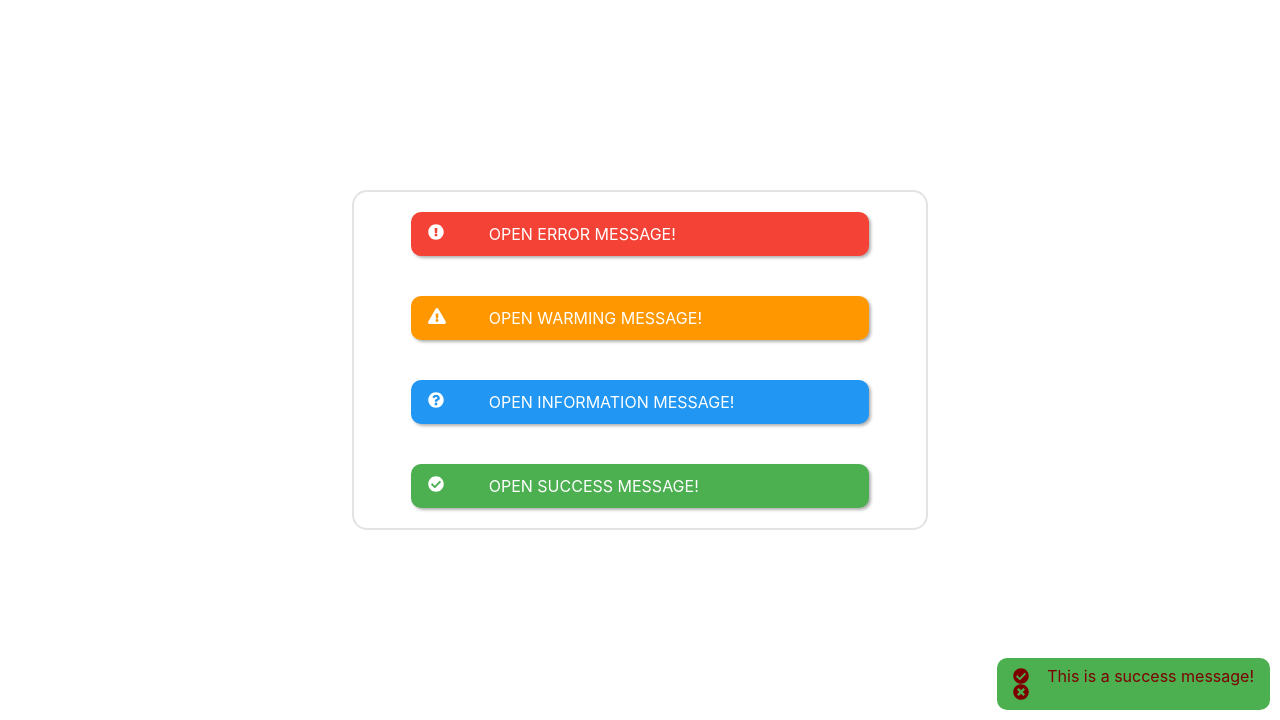
Repository: KrzysKolo/sr_tydzien5_zad2
Page: /, after clicking the first element matching `div.wrapper--btn > :nth-child(4)`
These files come from the project's save history. The page is drawn as it stood at one moment and after the next save; the edit follows.
The browser window is 1280 px wide. The pictures show the whole page.
The project was rebuilt for these pictures with package versions that can differ from the ones it lists, and the page was loaded fresh each time.

Above is the page before, as saved 2020-12-28 04:50:53.

### public/index.html
<!DOCTYPE html>
<html lang="en">
  <head>
    <meta charset="utf-8" />
    <link rel="icon" href="%PUBLIC_URL%/favicon.ico" />
    <meta name="viewport" content="width=device-width, initial-scale=1" />
    <meta name="theme-color" content="#000000" />
    <meta
      name="description"
      content="Web site created using create-react-app"
    />
    <link rel="apple-touch-icon" href="%PUBLIC_URL%/logo192.png" />
    <!--
      manifest.json provides metadata used when your web app is installed on a
      user's mobile device or desktop. See https://developers.google.com/web/fundamentals/web-app-manifest/
    -->
    <link rel="manifest" href="%PUBLIC_URL%/manifest.json" />
    <!--
      Notice the use of %PUBLIC_URL% in the tags above.
      It will be replaced with the URL of the `public` folder during the build.
      Only files inside the `public` folder can be referenced from the HTML.

      Unlike "/favicon.ico" or "favicon.ico", "%PUBLIC_URL%/favicon.ico" will
      work correctly both with client-side routing and a non-root public URL.
      Learn how to configure a non-root public URL by running `npm run build`.
    -->
    <title>Zad 2 - snackbar</title>
  </head>
  <body>
    <noscript>You need to enable JavaScript to run this app.</noscript>
    <div id="root"></div>
    <!--
      This HTML file is a template.
      If you open it directly in the browser, you will see an empty page.

      You can add webfonts, meta tags, or analytics to this file.
      The build step will place the bundled scripts into the <body> tag.

      To begin the development, run `npm start` or `yarn start`.
      To create a production bundle, use `npm run build` or `yarn build`.
    -->
  </body>
</html>

### src/App.js
import React from 'react';
import Buttons from './components/Buttons';
import './App.css';
const App = () => {
  return (
    <div className="wrapper--btn">
      <Buttons />
    </div>
  )
}

export default App;

### src/components/Buttons.js
import React from 'react';
import ButtonsData from './../data/ButtonsData';
import Button from './Button';


const Buttons = () => {

    return (
        <>
            {ButtonsData.map(button =>
                <Button key={button.id} data={button} />
            )}

        </>
    )
}

export default Buttons;

### src/App.css
* {
  box-sizing: border-box;
  margin: 0;
}
body {
  width: 100vw;
  height: 100vh;
  display: flex;
  flex-direction: row;
  justify-content: center;
  align-items: center;
}
.wrapper--btn {
  border: 2px solid #e3e3e3;
  border-radius: 15px;
  width: 45vw;
  display: flex;
  flex-direction: column;
  justify-content: center;
  align-items: center;
}
.btn {
  border-radius: 10px;
  color: rgb(240, 239, 244);
  cursor: pointer;
  outline: none;
  padding: 10px 15px;
  margin: 20px;
  width: 80%;
  display: grid;
  grid-template-columns: 0.5fr 3fr;
  box-shadow: 2px 2px 3px rgba(102, 102, 102, 0.5);
  transition: all 0.3s ease-in-out;
}
.snackbar {
  font-size: 1rem;
  padding: 10px 16px;
  border-radius: 10px;
  display: grid;
  grid-template-columns: 0.5fr 3fr;
  line-height: 1rem;
}
.error {
  color: white;
  background: rgb(244, 67, 54);
}

.success {
  color: rgb(124, 0, 0);
  background: rgb(76, 175, 80);
}
.information {
  color: yellow;
  background: rgb(33, 150, 243);
}

.warning {
  background: rgb(255, 152, 0);
  color: black;
}
.top-right {
  position: absolute;
  top: 10px;
  right: 10px;
}
.center-bottom {
  position: absolute;
  bottom: 30px;
  left: calc(100vw-50%);
}
.center-left {
  position: absolute;
  top: 25vh;
  left: 10px;
}
.bottom-right {
  position: absolute;
  bottom: 10px;
  right: 10px;
}

### src/data/ButtonsData.js
const ButtonsData = [
    {
      id: 0,
      name: "OPEN ERROR MESSAGE!",
      color: "rgb(244, 67, 54)",
      icon: "faExclamationCircle",
      type: "error",
      message: "This is an error message!",
      position: "top-right",
    },
    {
      id: 1,
      name: "OPEN WARMING MESSAGE!",
      color: "rgb(255, 152, 0)",
      icon: "faExclamationTriangle",
      type: "warning",
      message: "This is a warning message!",
      position: "center-bottom",
    },
    {
      id: 2,
      name: "OPEN INFORMATION MESSAGE!",
      color: "rgb(33, 150, 243)",
      icon: "faQuestionCircle",
      type: "information",
      message: "This is an information message!",
      position:"center-left",
    },
    {
      id: 3,
      name: "OPEN SUCCESS MESSAGE!",
      color: "rgb(76, 175, 80)",
      icon: "faCheckCircle",
      type: "success",
      message: "This is a success message!",
      position: "bottom-right",
    },

  ]
 export default ButtonsData;

### src/components/Button.js
import React, { useState } from 'react';
import Icons from './Icons';
import Snackbar from './Snackbar';


const Button = ({data } ) => {

    const [isHover, setIsHover] = useState(false);
    const OutStyle = {
        border: `2px solid ${data.color}`,
        background: data.color,
        color: "#fff",
      };

      const OverStyle = {
        border: `2px solid ${data.color}`,
        backgroundColor: "#fff",
        color: data.color,

      };
    const [shownSnackbar, setShownSnackbar] = useState(false);
    const handleClick = () => {

        setShownSnackbar(true);

    };
    return (
        <>

        <div className="btn"
        /* onClick={() => switchFunction(event)} */
        onClick={handleClick}
        style={isHover ? OverStyle : OutStyle}
        onMouseOver={() => setIsHover(true)}
        onMouseOut={() => setIsHover(false)}>
            <Icons icon={data.icon}/>
             {data.name}
        </div>
        {shownSnackbar && <Snackbar type={data.type} position={data.position} message={data.message} icon={data.icon} />}
        </>
    )
}

export default Button;

### src/components/Icons.js
import React from 'react';
import { FontAwesomeIcon } from '@fortawesome/react-fontawesome';
import { faCheckCircle, faQuestionCircle, faExclamationTriangle, faExclamationCircle } from '@fortawesome/free-solid-svg-icons';

const Icons = ({icon}) => {

        switch (icon) {
            case 'faExclamationCircle': return <FontAwesomeIcon icon={faExclamationCircle} />;
            case 'faExclamationTriangle': return <FontAwesomeIcon icon={faExclamationTriangle} />;
            case 'faQuestionCircle': return <FontAwesomeIcon icon={faQuestionCircle} />;
            case 'faCheckCircle': return <FontAwesomeIcon icon={faCheckCircle} />;
            default: return null;
            }



}

export default Icons;

### src/components/Snackbar.js
import React from 'react';
import Icons from './Icons';
import { FontAwesomeIcon } from '@fortawesome/react-fontawesome';
import { faTimesCircle } from '@fortawesome/free-solid-svg-icons';
const Snackbar = ({type, message, icon, position}) => {
    return (
        <div className={`snackbar ${type} ${position}`}>
           <Icons icon={icon} />{message}
           <FontAwesomeIcon icon={faTimesCircle} />
        </div>
    )
}

export default Snackbar

Loaded but not shown: src/index.js (common file); src/index.css (common file)

After the next save:
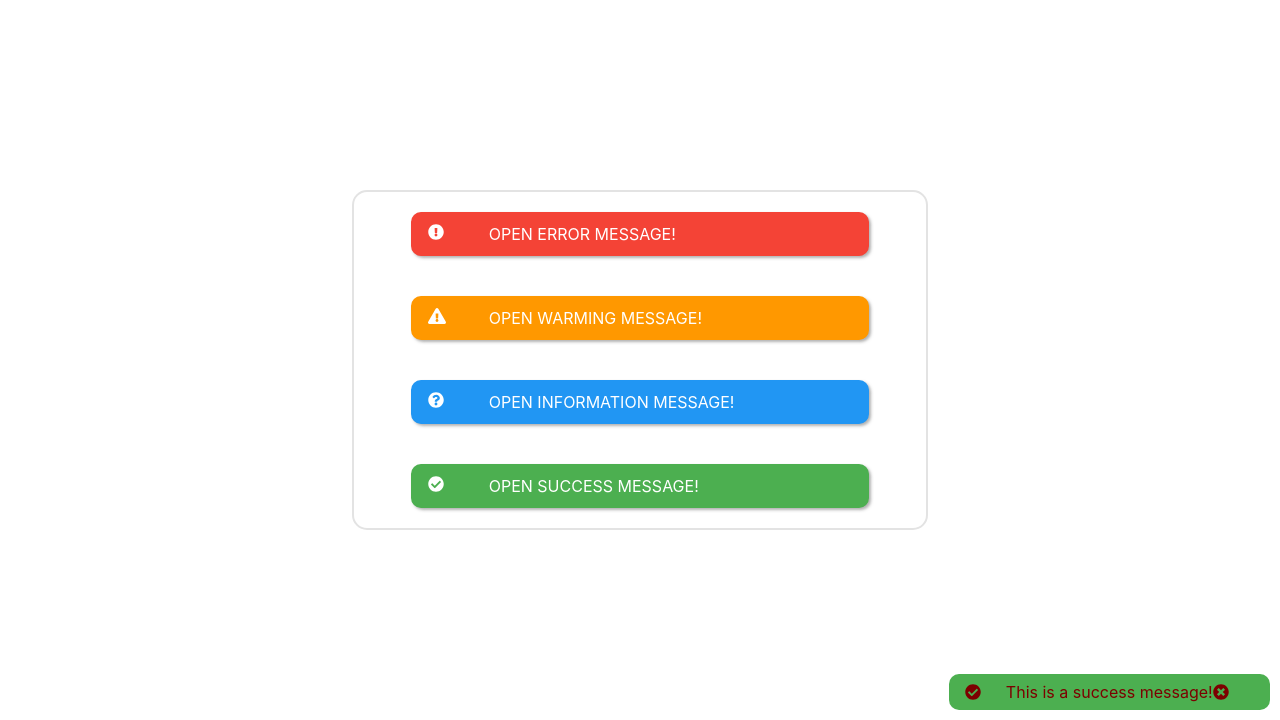
Saved 43 s later.
--- a/src/App.css
+++ b/src/App.css
@@ -37,7 +37,7 @@ body {
   padding: 10px 16px;
   border-radius: 10px;
   display: grid;
-  grid-template-columns: 0.5fr 3fr;
+  grid-template-columns: 0.5fr 2.5fr 0.5fr;
   line-height: 1rem;
 }
 .error {
